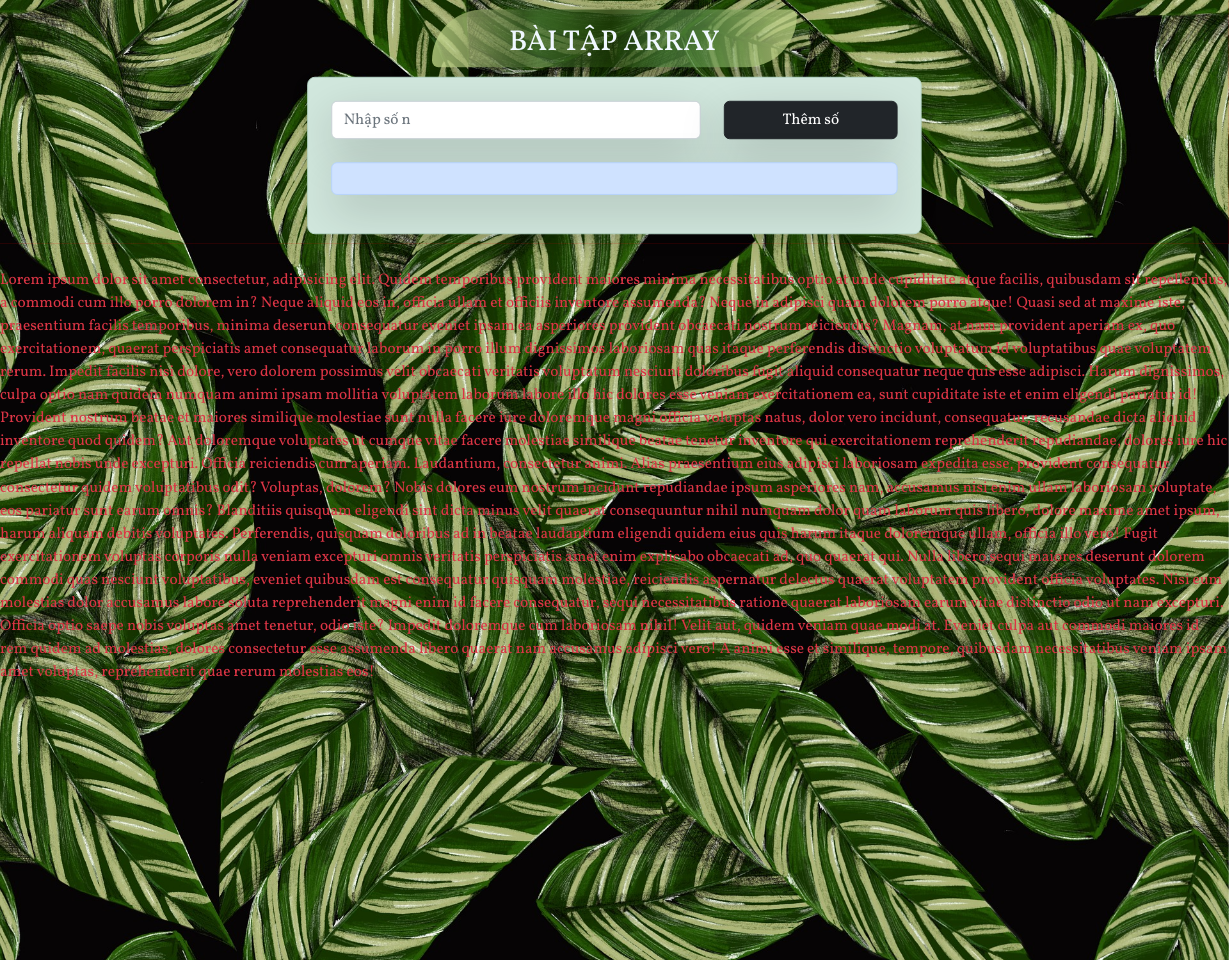
Repository: hcozyph/TranHuuPhuoc_BC43_BT_JS_Buoi7_8_ARRAY
Page: index.html
An editor plug-in stored every save of this project. The page is shown before and after the next save, followed by the edit.
The browser window is 1280 px wide. The pictures show the whole page, at 96% of full size.
Backgrounds fixed to the window are drawn as part of the page.

Above is the page before, as saved 2023-02-21 00:05:51.

### index.html
<!DOCTYPE html>
<html lang="en">
    <head>
        <title>BT Array</title>
        <!-- Required meta tags -->
        <meta charset="utf-8" />
        <meta
            name="viewport"
            content="width=device-width, initial-scale=1, shrink-to-fit=no"
        />
        <!-- font -->
        <link rel="preconnect" href="https://fonts.googleapis.com" />
        <link rel="preconnect" href="https://fonts.gstatic.com" crossorigin />
        <link
            href="https://fonts.googleapis.com/css2?family=Fraunces:ital,opsz,wght@0,9..144,600;0,9..144,700;1,9..144,300;1,9..144,400;1,9..144,500;1,9..144,600;1,9..144,700;1,9..144,800&family=Vollkorn:ital,wght@0,400;0,500;0,600;0,700;0,800;0,900;1,400;1,500;1,600;1,700;1,800;1,900&display=swap"
            rel="stylesheet"
        />
        <!-- Bootstrap CSS v5.2.1 -->
        <link
            href="https://cdn.jsdelivr.net/npm/bootstrap@5.2.1/dist/css/bootstrap.min.css"
            rel="stylesheet"
            integrity="sha384-iYQeCzEYFbKjA/T2uDLTpkwGzCiq6soy8tYaI1GyVh/UjpbCx/TYkiZhlZB6+fzT"
            crossorigin="anonymous"
        />

        <!-- index.css -->
        <link rel="stylesheet" href="./css/index.css" />
    </head>

    <body>
        <div class="container">
            <div class="bt-array-top">
                <div class="bt-array-title pt-2 shadow-lg">
                    <h1
                        class="text-center shadow-lg p-2"
                        ;
                        style="font-size: 30px"
                    >
                        BÀI TẬP ARRAY
                    </h1>
                </div>

                <div
                    id="mainArray"
                    class="alert alert-success w-50 text-center d-block rounded-3 shadow p-4"
                    style="margin: 10px auto"
                >
                    <div class="row row-cols-3">
                        <div class="col-8">
                            <input
                                id="user-input"
                                type="number"
                                class="form-control shadow-lg py-2"
                                placeholder="Nhập số n"
                                style="height: 100%"
                            />
                        </div>
                        <div class="col">
                            <button
                                id="user-btn"
                                class="btn btn-dark shadow-lg"
                                style="height: 100%; width: 100%"
                            >
                                Thêm số
                            </button>
                        </div>
                    </div>

                    <div class="row mt-4">
                        <div class="col">
                            <div
                                id="user-array"
                                class="alert alert-primary shadow-lg d-block"
                                style="box-sizing: border-box"
                            ></div>
                        </div>
                    </div>
                </div>
            </div>

            <div class="bt-array-content">
                <div class="text-danger">
                    Lorem ipsum dolor sit amet consectetur, adipisicing elit.
                    Quidem temporibus provident maiores minima necessitatibus
                    optio at unde cupiditate atque facilis, quibusdam sit
                    repellendus, a commodi cum illo porro dolorem in? Neque
                    aliquid eos in, officia ullam et officiis inventore
                    assumenda? Neque in adipisci quam dolorem porro atque! Quasi
                    sed at maxime iste, praesentium facilis temporibus, minima
                    deserunt consequatur eveniet ipsam ea asperiores provident
                    obcaecati nostrum reiciendis? Magnam, at nam provident
                    aperiam ex, quo exercitationem, quaerat perspiciatis amet
                    consequatur laborum in porro illum dignissimos laboriosam
                    quas itaque perferendis distinctio voluptatum id
                    voluptatibus quae voluptatem rerum. Impedit facilis nisi
                    dolore, vero dolorem possimus velit obcaecati veritatis
                    voluptatum nesciunt doloribus fugit aliquid consequatur
                    neque quis esse adipisci. Harum dignissimos, culpa optio nam
                    quidem numquam animi ipsam mollitia voluptatem laborum
                    labore illo hic dolores esse veniam exercitationem ea, sunt
                    cupiditate iste et enim eligendi pariatur id! Provident
                    nostrum beatae et maiores similique molestiae sunt nulla
                    facere iure doloremque magni officia voluptas natus, dolor
                    vero incidunt, consequatur, recusandae dicta aliquid
                    inventore quod quidem? Aut doloremque voluptates ut cumque
                    vitae facere molestiae similique beatae tenetur inventore
                    qui exercitationem reprehenderit repudiandae, dolores iure
                    hic repellat nobis unde excepturi. Officia reiciendis cum
                    aperiam. Laudantium, consectetur animi. Alias praesentium
                    eius adipisci laboriosam expedita esse, provident
                    consequatur consectetur quidem voluptatibus odit? Voluptas,
                    dolorem? Nobis dolores eum nostrum incidunt repudiandae
                    ipsum asperiores nam, accusamus nisi enim ullam laboriosam
                    voluptate, eos pariatur sunt earum omnis? Blanditiis
                    quisquam eligendi sint dicta minus velit quaerat
                    consequuntur nihil numquam dolor quam laborum quis libero,
                    dolore maxime amet ipsum, harum aliquam debitis voluptates.
                    Perferendis, quisquam doloribus ad in beatae laudantium
                    eligendi quidem eius quis harum itaque doloremque ullam,
                    officia illo vero! Fugit exercitationem voluptas corporis
                    nulla veniam excepturi omnis veritatis perspiciatis amet
                    enim explicabo obcaecati ad, quo quaerat qui. Nulla libero
                    sequi maiores deserunt dolorem commodi quas nesciunt
                    voluptatibus, eveniet quibusdam est consequatur quisquam
                    molestiae, reiciendis aspernatur delectus quaerat voluptatem
                    provident officia voluptates. Nisi eum molestias dolor
                    accusamus labore soluta reprehenderit magni enim id facere
                    consequatur, sequi necessitatibus ratione quaerat laboriosam
                    earum vitae distinctio odio ut nam excepturi. Officia optio
                    saepe nobis voluptas amet tenetur, odio iste? Impedit
                    doloremque cum laboriosam nihil! Velit aut, quidem veniam
                    quae modi at. Eveniet culpa aut commodi maiores id rem
                    quidem ad molestias, dolores consectetur esse assumenda
                    libero quaerat nam accusamus adipisci vero! A animi esse et
                    similique, tempore, quibusdam necessitatibus veniam ipsam
                    amet voluptas, reprehenderit quae rerum molestias eos!
                </div>
                <div class="bt1"></div>
            </div>
        </div>

        <!-- Bootstrap JavaScript Libraries -->
        <script
            src="https://cdn.jsdelivr.net/npm/@popperjs/core@2.11.6/dist/umd/popper.min.js"
            integrity="sha384-oBqDVmMz9ATKxIep9tiCxS/Z9fNfEXiDAYTujMAeBAsjFuCZSmKbSSUnQlmh/jp3"
            crossorigin="anonymous"
        ></script>

        <script
            src="https://cdn.jsdelivr.net/npm/bootstrap@5.2.1/dist/js/bootstrap.min.js"
            integrity="sha384-7VPbUDkoPSGFnVtYi0QogXtr74QeVeeIs99Qfg5YCF+TidwNdjvaKZX19NZ/e6oz"
            crossorigin="anonymous"
        ></script>

        <!-- method.js -->
        <link rel="stylesheet" href="./js/method.js" />

        <!-- index.js -->
        <script src="./js/index.js"></script>
    </body>
</html>

### css/index.css
* {
    margin: 0;
    padding: 0;
    box-sizing: border-box;
    font-family: "Fraunces", serif;
    font-family: "Vollkorn", serif;
}

.container {
    margin: 0 auto;
    max-width: 1440px;
    overflow: hidden;
    padding: 0;

    background-image: url(../img/2.jpg);
    background-size: cover;
    background-position: inherit;
    background-repeat: no-repeat;
    background-attachment: fixed;

    height: 1000px;
    position: relative;
}

.bt-array-title {
    display: block;
    width: 380px;
    margin: 0 auto;
    border-radius: 80px 10px 80px 10px;

    font-size: 40px;
    font-weight: 700;
    /* background-color: red; */
    color: aliceblue;
    background: rgb(156, 173, 110);
    background: linear-gradient(
        90deg,
        rgba(198, 219, 142, 0.75) 0%,
        rgba(156, 173, 110, 0.75) 10%,
        rgba(60, 94, 39, 0.75) 25%,
        rgba(68, 112, 49, 0.75) 29%,
        rgba(27, 57, 5, 0.75) 49%,
        rgba(66, 114, 50, 0.75) 63%,
        rgba(90, 139, 69, 0.75) 74%,
        rgba(184, 203, 130, 0.75) 95%
    );
}

.bt-array-top {
    position: fixed;
    width: 100%;
    padding-top: 10px;
    background-color: red;

    background-image: url(../img/2.jpg);
    background-size: cover;
    background-position: inherit;
    background-repeat: no-repeat;
    background-attachment: fixed;
}

.bt-array-content {
    padding-top: 280px;
}

### js/index.js
/*create-array*/
var mainArray = [];

document.getElementById('user-btn').onclick = function(){
    //input: userInput
    var userInput = Number(document.getElementById('user-input').value);

    //output: mainArray

    //process
    mainArray.push(userInput);

    document.getElementById('user-array').innerHTML = mainArray;


}




/*End-create-array*/

Loaded but not shown: js/method.js (no stored copy; drawn as an empty file)

After the next save:
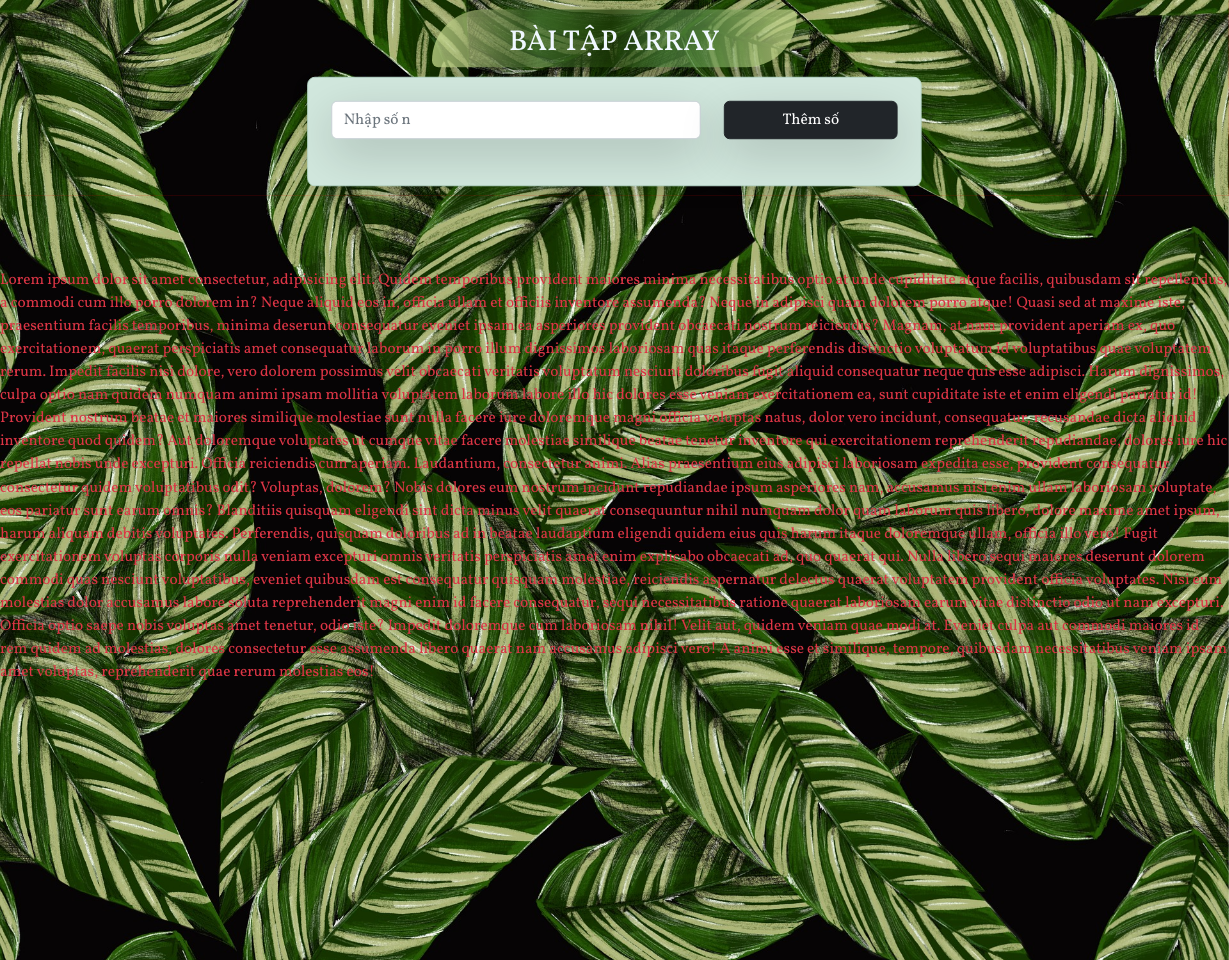
Saved 19 s later.
--- a/index.html
+++ b/index.html
@@ -70,7 +70,7 @@
                         <div class="col">
                             <div
                                 id="user-array"
-                                class="alert alert-primary shadow-lg d-block"
+                                class="shadow-lg d-block"
                                 style="box-sizing: border-box"
                             ></div>
                         </div>

After the save that followed:
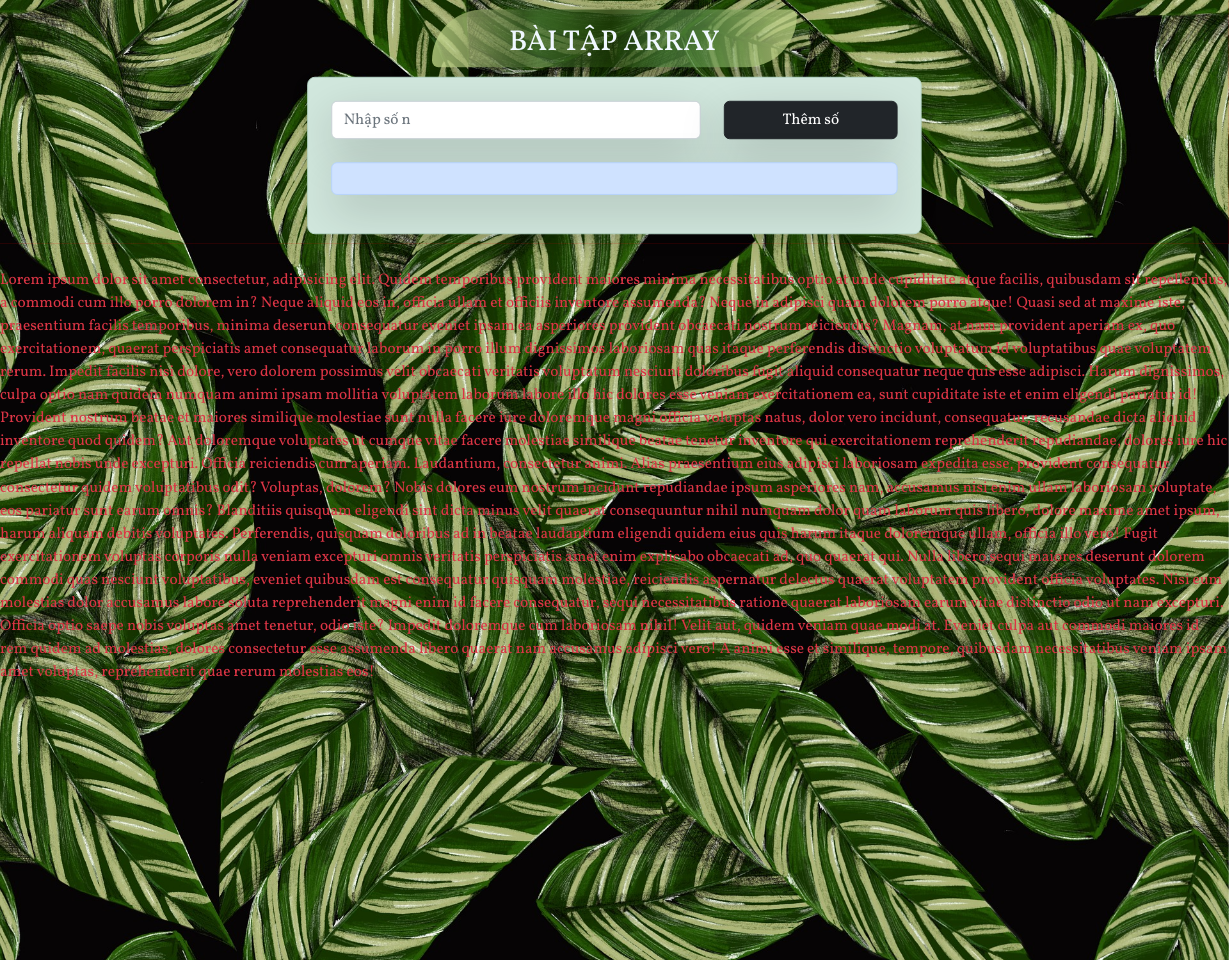
Saved 18 s later.
--- a/index.html
+++ b/index.html
@@ -70,8 +70,8 @@
                         <div class="col">
                             <div
                                 id="user-array"
-                                class="shadow-lg d-block"
-                                style="box-sizing: border-box"
+                                class="alert alert-primary shadow-lg d-block"
+                                style="box-sizing: "
                             ></div>
                         </div>
                     </div>
